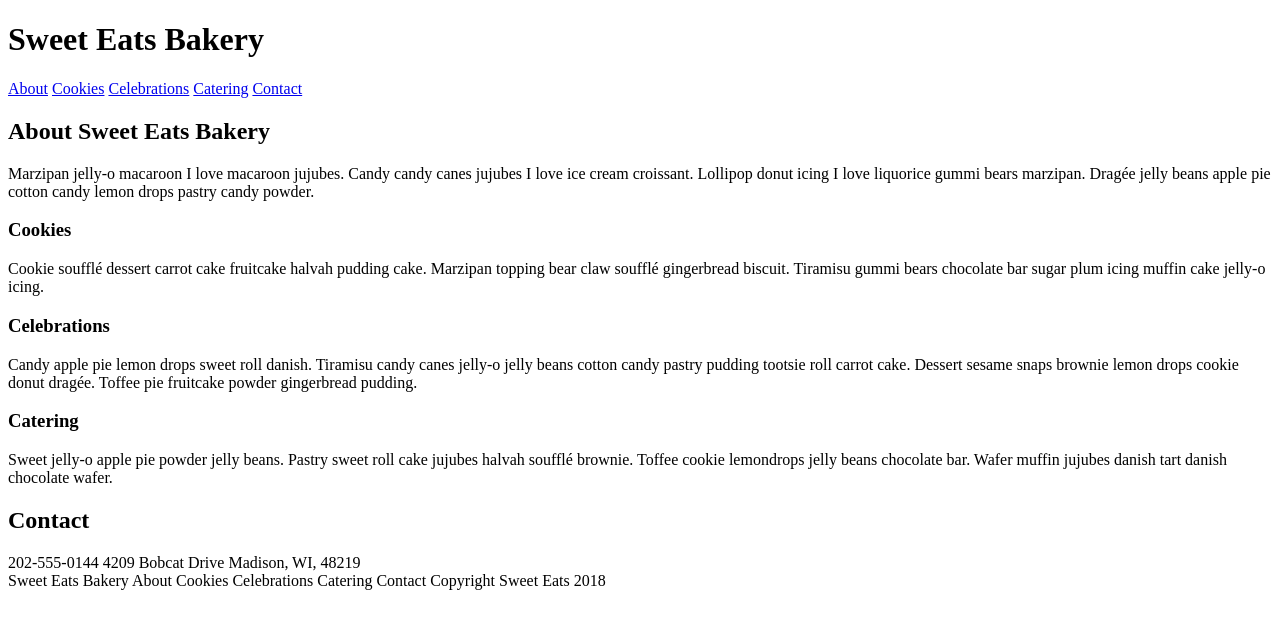
Repository: yoshimario/web-module-challenge-user-interface
Page: index.html
An editor plug-in stored every save of this project. The page is shown before and after a run of saves, followed by the edit.
The browser window is 1280 px wide. The pictures show the whole page.
Some web fonts or font styles are not loaded; a fallback is used.

Above is the page before, as saved 2023-05-15 00:21:18.

After the next 7 saves:
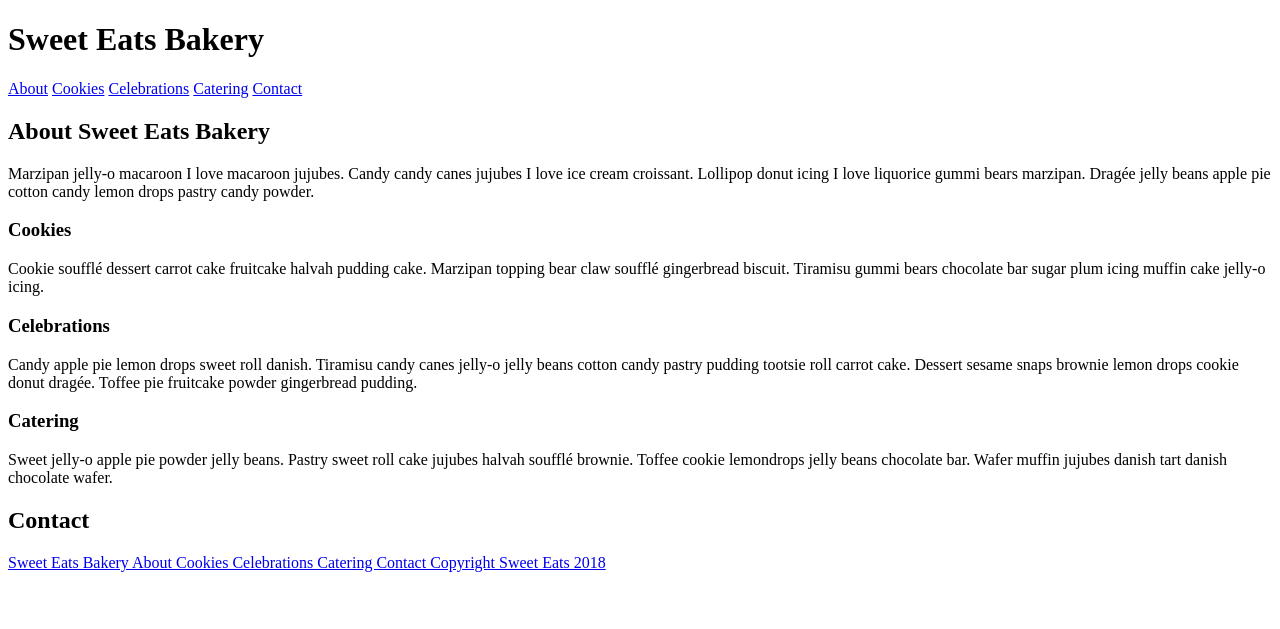
The 7 saves are shown as one change because they came seconds apart.
The last was saved 39 s later.
--- a/index.html
+++ b/index.html
@@ -58,7 +58,7 @@ lemondrops jelly beans chocolate bar. Wafer muffin jujubes danish tart danish ch
 <section>
 <h2>Contact</h2>
 
-<a href="yum@sweeteatsbakery.com"></a>
+<a href="mailto"yum@sweeteatsbakery.com
 202-555-0144
 4209 Bobcat Drive
 Madison, WI, 48219
